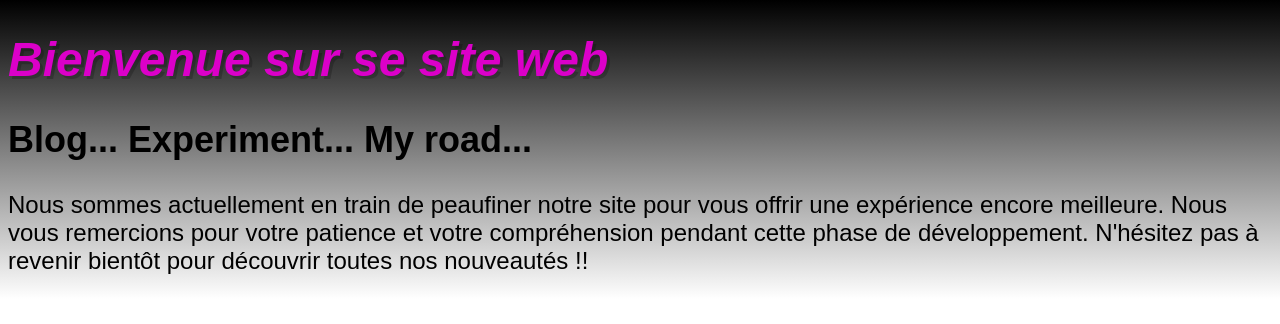
Repository: ValetteEvan/PersonalWebApp
Page: index.html
An editor plug-in stored every save of this project. The page is shown before and after the next save, followed by the edit.
The browser window is 1280 px wide. The pictures show the whole page.

Above is the page before, as saved 2025-01-07 18:10:35.

### index.html
<!DOCTYPE html>
<html>

    <head>
        <meta charset="utf-8" />
        <title>Valette Evan</title>
        <link href="style.css" rel="stylesheet">
        <link href="image/" rel="image">
        <link rel="font_original" href="https://fonts.googleapis.com">
    </head>

    <body>
        <div class="webGlobal">
            <h1>Bienvenue sur se site web</h1>
            <h2>Blog... Experiment... My road...</h2>
                <p class="firstParagraph">Nous sommes actuellement en train de peaufiner notre site pour
                 vous offrir une expérience encore meilleure. Nous vous remercions
                 pour votre patience et votre compréhension pendant cette phase de
                 développement. N'hésitez pas à revenir bientôt pour découvrir toutes nos nouveautés !!
                </p>
        </div>
    </body>
</html>

### style.css

body{

    background-color: rgb(255, 255, 255);
    background: linear-gradient(180deg,rgb(0, 0, 0),#ffffff);
    background-repeat: no-repeat;
    /*background-image: url('image/auto.jpg');*/
    /* background-repeat: no-repeat;*/
}
.webGlobal{
    /*background-color: rgb(36, 36, 36);*/
    font-family:'font_original',sans-serif;
    font-size: 1.5em;
    color: rgb(0, 0, 0);
}

h1 {
   font-style:italic;
   text-shadow: 3px 3px 0px rgba(0,0,0,0.2);
    color: rgb(219, 0, 201);
    /*text-decoration: underline;*/
}

.firstParagraph :hover{

    background-color: rgb(59, 59, 59);
    color: #ffffff;
    padding: 50px;
    border-radius: 10px;
}

After the next save:
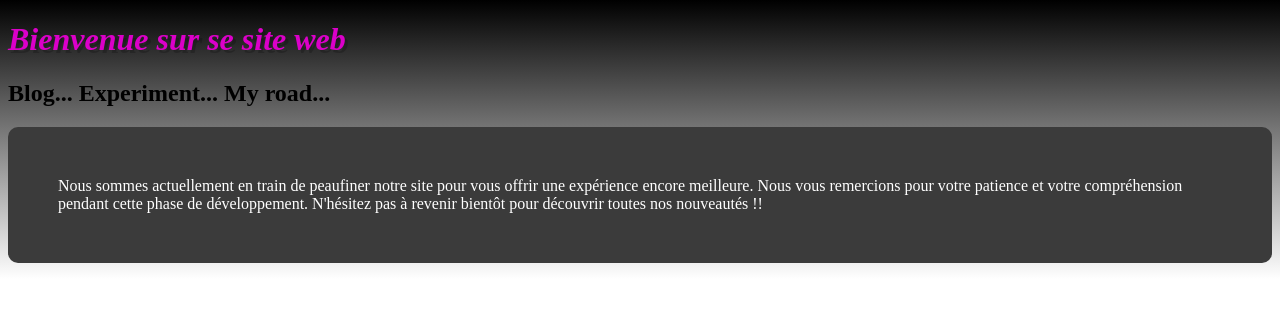
Saved 36 s later.
--- a/style.css
+++ b/style.css
@@ -7,7 +7,7 @@ body{
     /*background-image: url('image/auto.jpg');*/
     /* background-repeat: no-repeat;*/
 }
-.webGlobal{
+.webGlobal :hover{
     /*background-color: rgb(36, 36, 36);*/
     font-family:'font_original',sans-serif;
     font-size: 1.5em;
@@ -21,7 +21,7 @@ h1 {
     /*text-decoration: underline;*/
 }
 
-.firstParagraph :hover{
+.firstParagraph {
 
     background-color: rgb(59, 59, 59);
     color: #ffffff;
